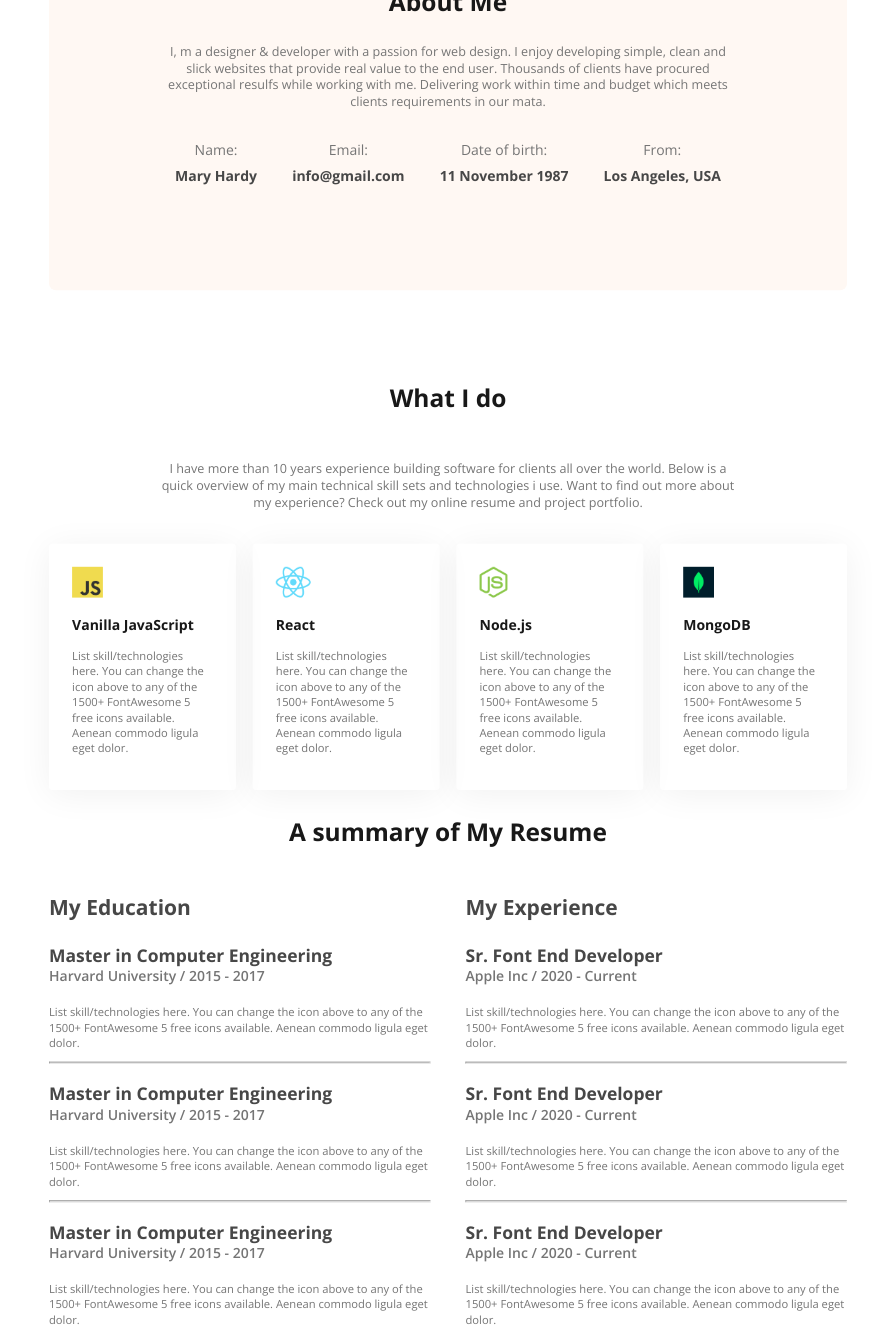
Repository: ShouravAhammed/Simple-Portfolio-Webpage
Page: index.html
These files come from the project's save history. The page is drawn as it stood at one moment and after the next save; the edit follows.
The browser window is 1280 px wide. The pictures show the part of the page from y = 1084 to 3004 px (the page is 3004 px tall before and 3000 px after), at 70% of full size.

Above is the page before, as saved 2024-01-06 03:13:39.

After the next save:
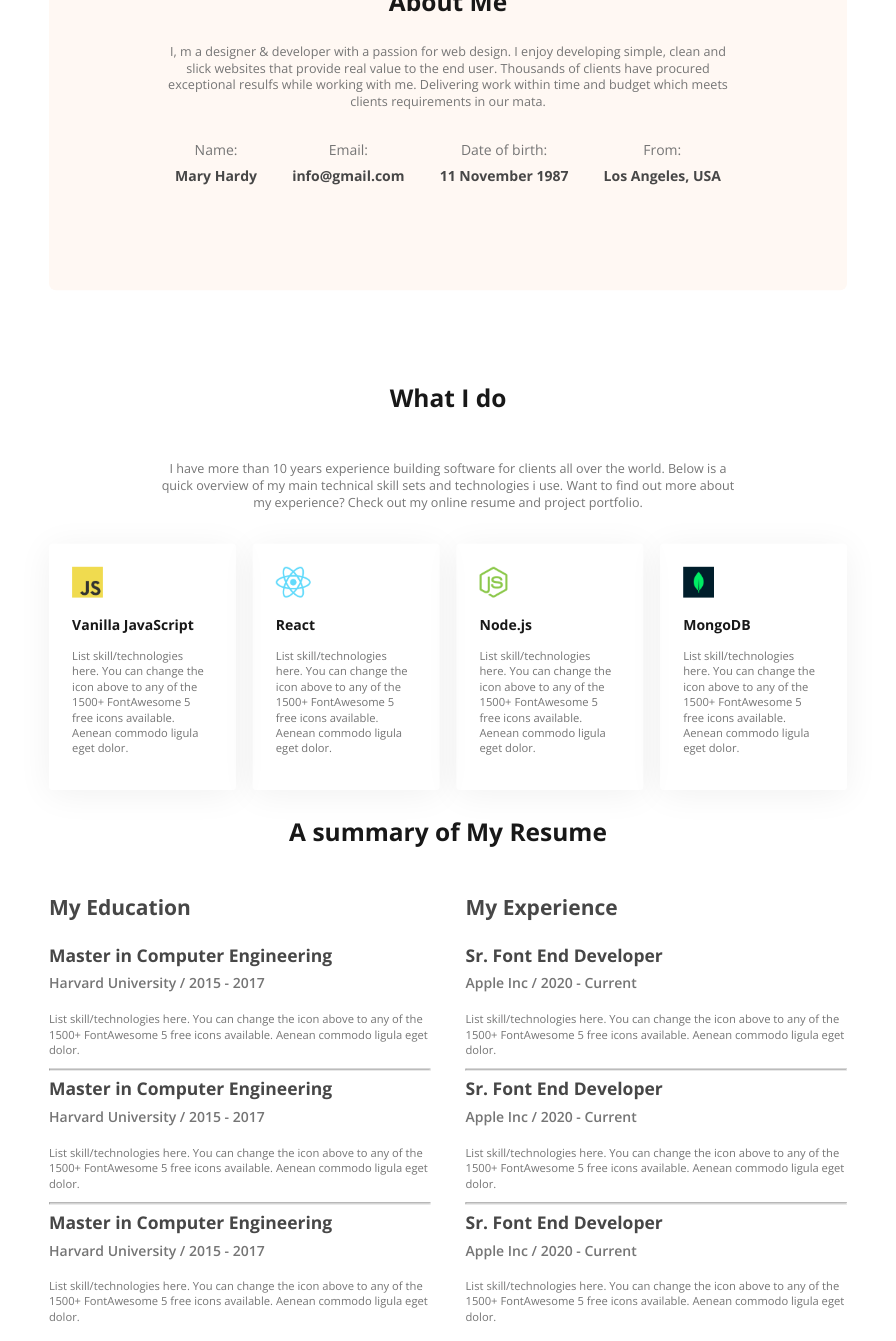
Saved 22 s later.
--- a/index.css
+++ b/index.css
@@ -170,7 +170,8 @@ main{
     color: #474747;
     font-size: 25px;
     font-weight: 700;
-    margin-bottom: 0px;
+    margin-top: 0px;
+    margin-bottom: 10px;
 }
 .resume-item-institute{
     color: #757575;
